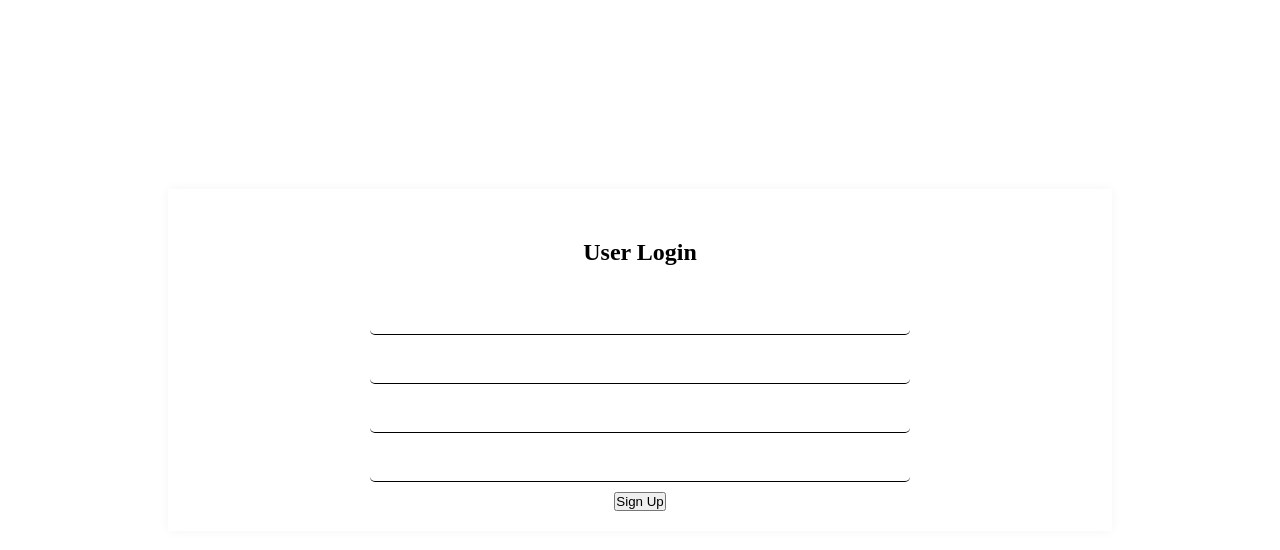
Repository: devSkhandelwal/job-search
Page: /login
These files come from the project's save history. The page is drawn as it stood at one moment and after the next save; the edit follows.
The browser window is 1280 px wide. The pictures show the whole page.
The project was rebuilt for these pictures with package versions that can differ from the ones it lists, and the page was loaded fresh each time. Also part of the build but not shown: src/actions/jobAction.js, src/components/FormElement/ApplyForm.js, src/containers/JobDetailsContainer.js, src/containers/JobFilterContainer.js, src/components/JobItem.js, src/components/JobList.js, src/containers/JobListContainer.js.

Above is the page before, as saved 2021-05-04 09:23:49.

After the next save:
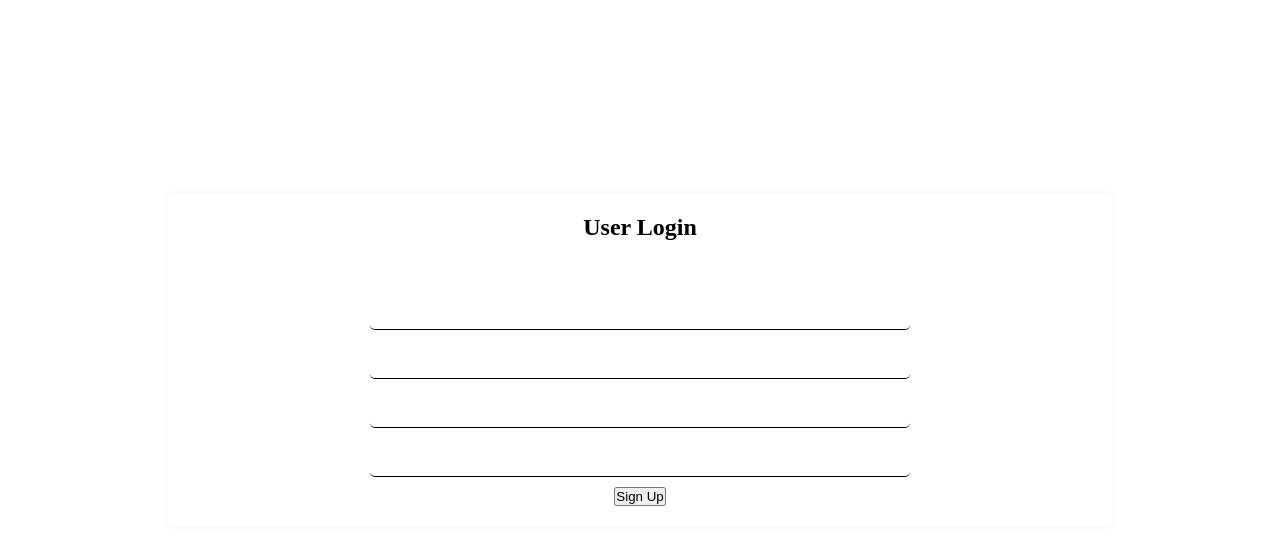
Saved 19 s later.
--- a/src/containers/LoginContainer.css
+++ b/src/containers/LoginContainer.css
@@ -11,5 +11,5 @@
 
 .login__container h2{
     text-align: center;
-    margin: 30px 0;
+    margin-bottom: 50px;
 }
